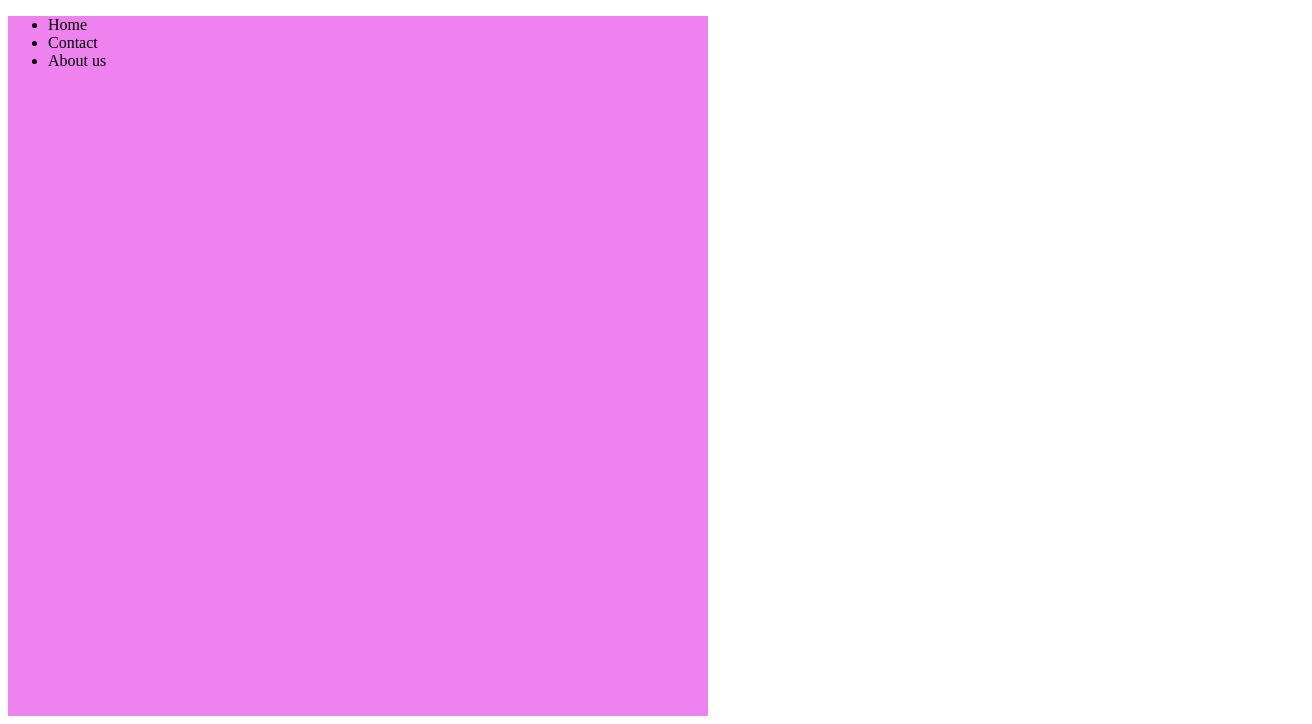
Repository: AytacSafarova/Task-12
Page: index.html
The author's editor kept a copy of each file at every save. The page is drawn from the files as they stood at one save, then again after a run of saves.
The browser window is 1280 px wide. The page is 1280 px wide, then 1312 px, so the pictures cover 1312 px, including what lies to the right of the window. The pictures show the whole page.

Above is the page before, as saved 2023-07-25 14:46:25.

After the next 4 saves:
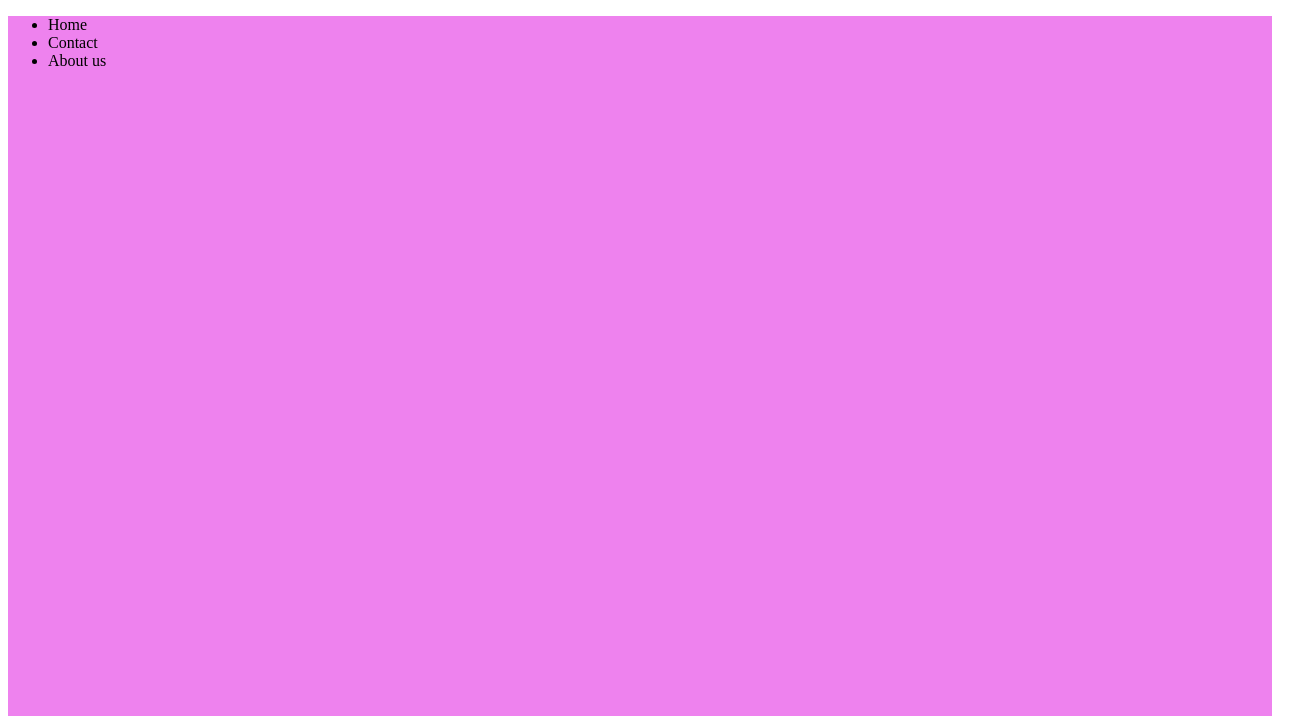
The 4 saves are shown as one change because they came seconds apart.
The last was saved 16 s later.
--- a/index.css
+++ b/index.css
@@ -1,5 +1,5 @@
 .container{
-    width: 700px;
+    width: 100%;
     height: 700px;
     background-color: violet;
     position: relative;
@@ -28,3 +28,9 @@
     height: 600px;
     background-color: red;
 }
+
+
+ul{
+    width: 100%;
+
+}
